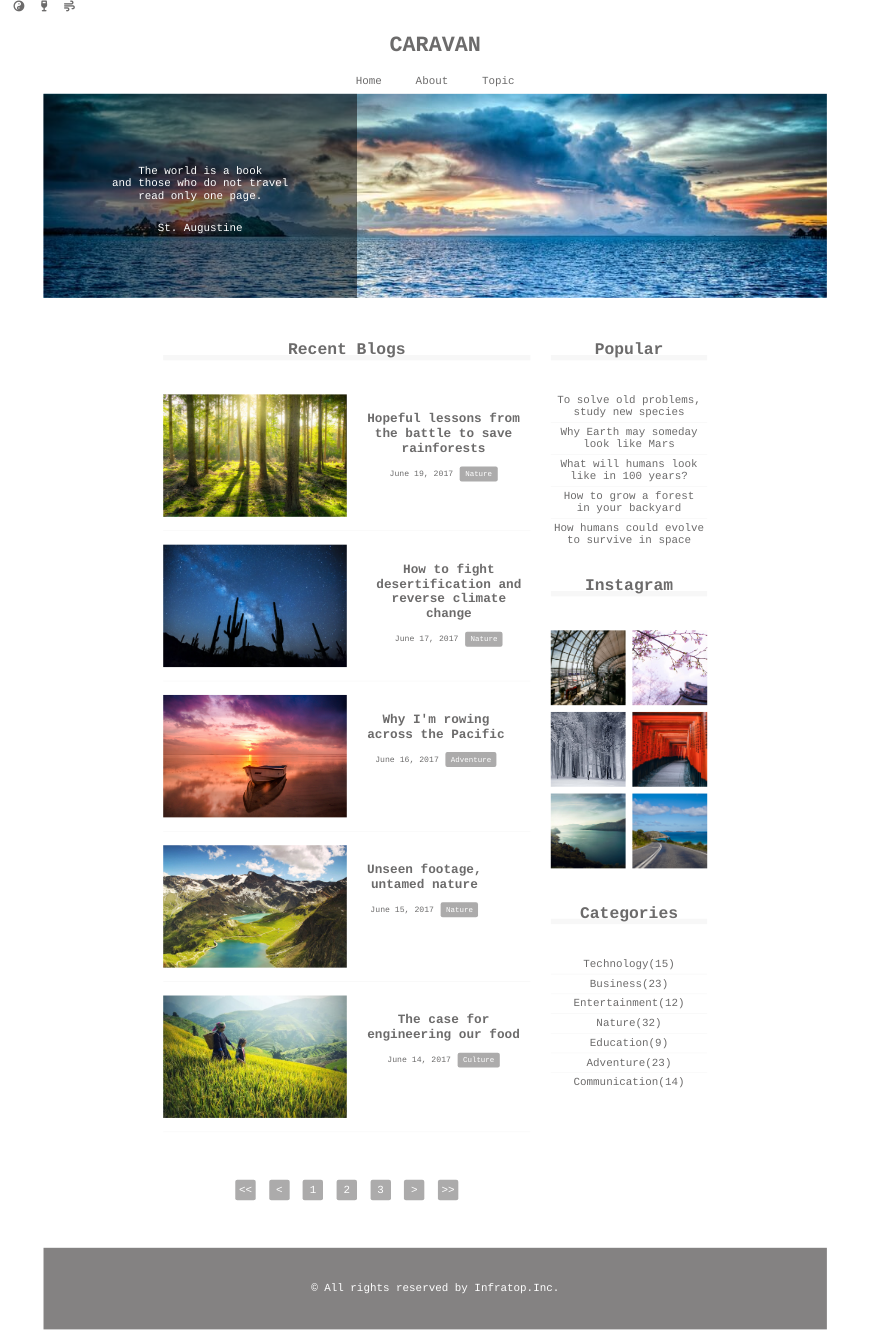
Repository: to3955/ouyoukadai1
Page: caravan/index.html
The author's editor kept a record of every edit. The page is drawn from the files as they stood at one moment, then again after the next edit.
The browser window is 1280 px wide. The pictures show the whole page, at 68% of full size.
Some web libraries are served in a nearby version.

Above is the page before.

After the next edit:
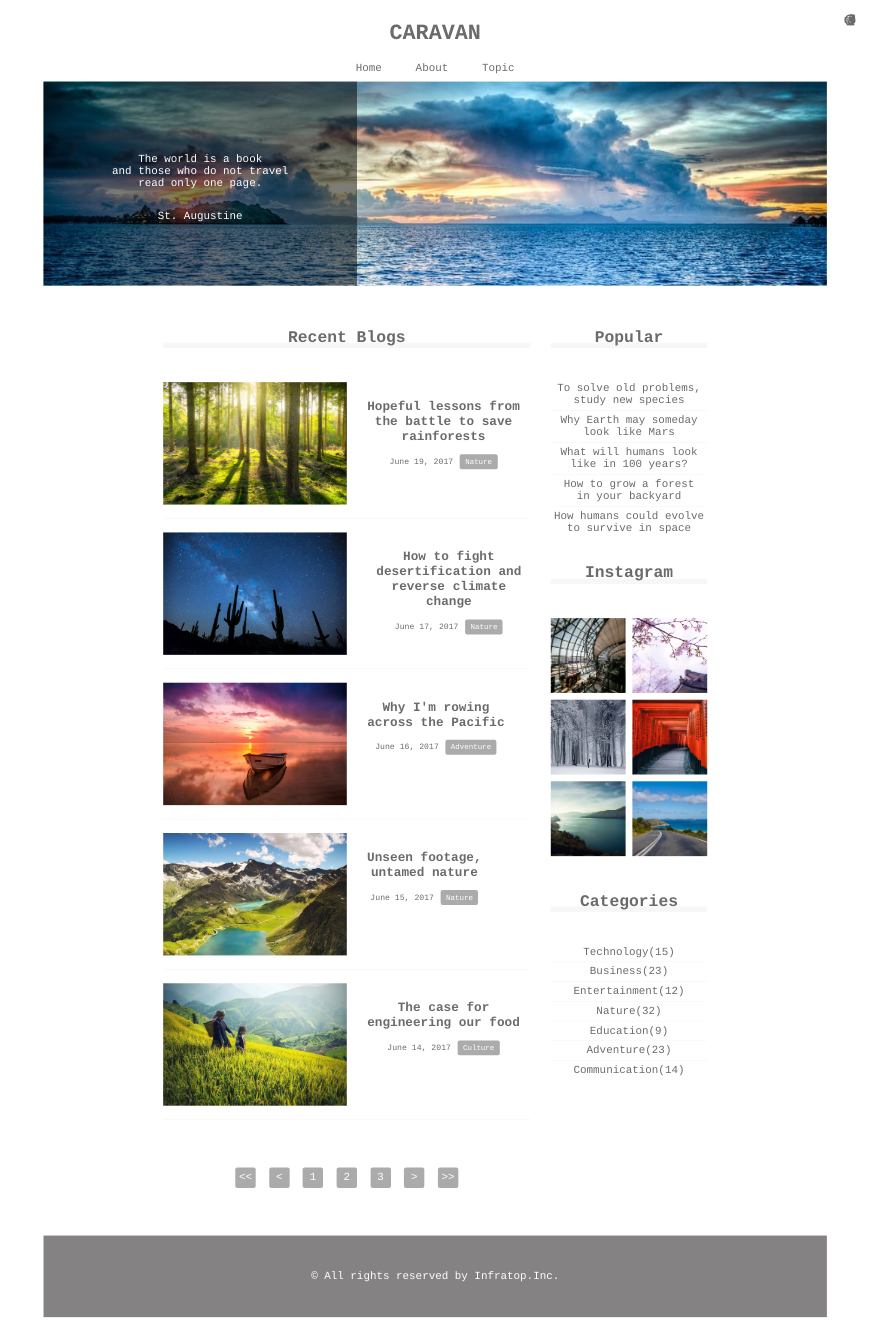
The edit:
--- a/caravan/style.css
+++ b/caravan/style.css
@@ -25,6 +25,10 @@
 .social i {
   display: inline-block;
   margin-left: 20px;
+  position: absolute;
+  top: 22px;
+  right: 22px;
+
 }
 
 header .heading {
